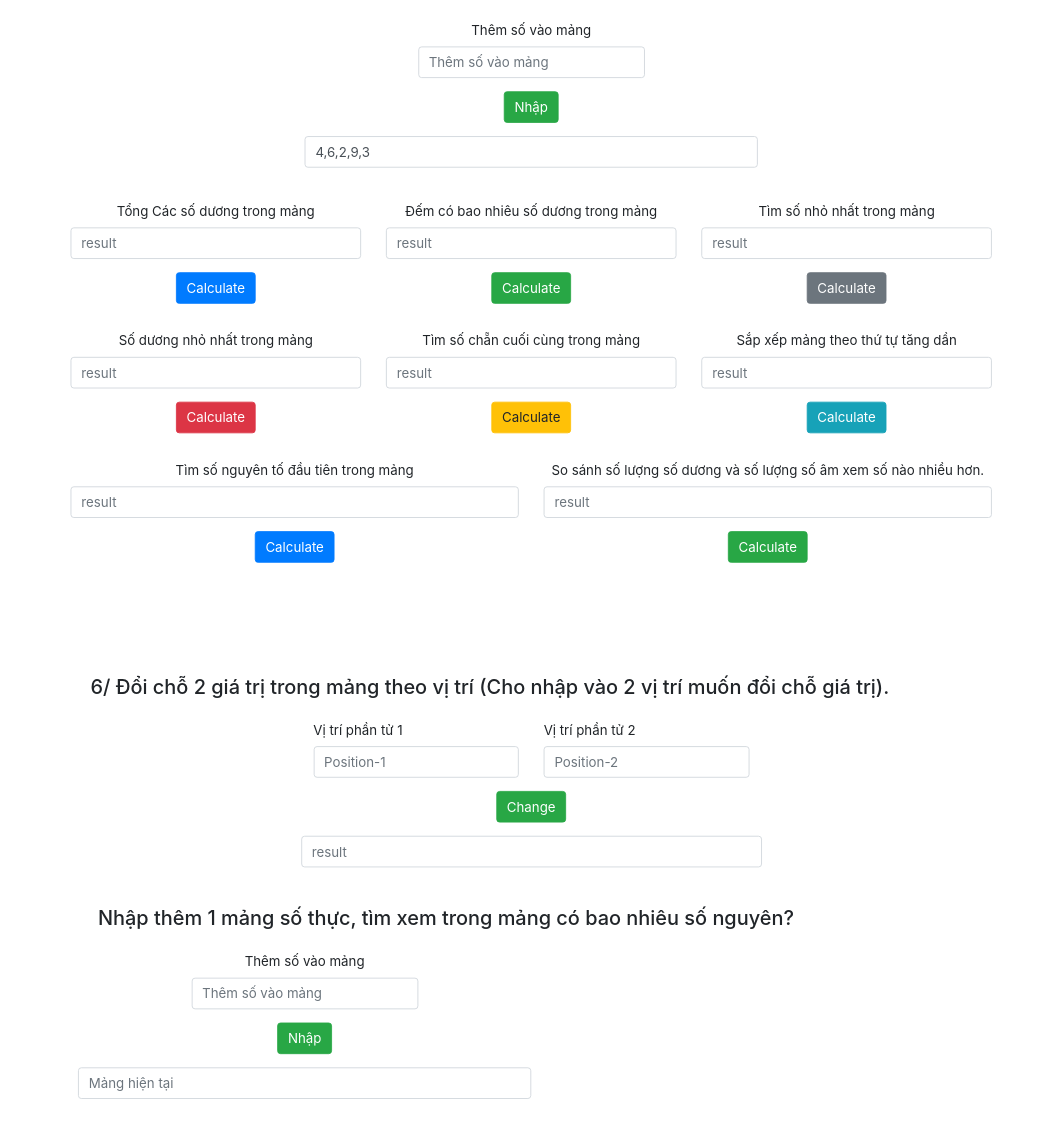
Repository: baobaodeveloper/bootcamp21__array__HuynhAnhBao
Page: index.html
These files come from the project's save history. The page is drawn as it stood at one moment and after the next save; the edit follows.
The browser window is 1280 px wide. The pictures show the whole page, at 83% of full size.

Above is the page before, as saved 2022-03-20 19:48:52.

After the next save:
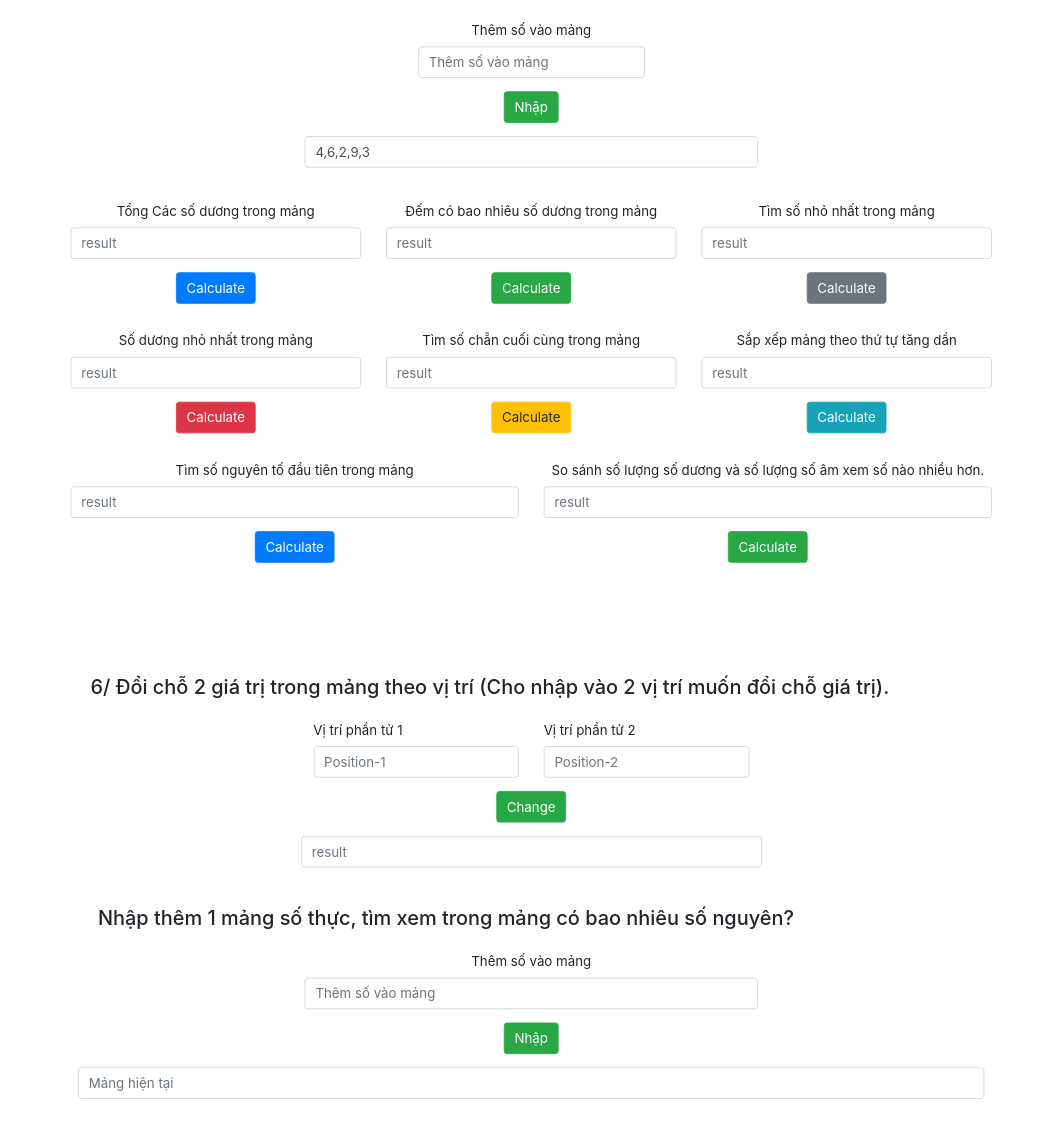
Saved 5 s later.
--- a/index.html
+++ b/index.html
@@ -211,7 +211,7 @@
         Nhập thêm 1 mảng số thực, tìm xem trong mảng có bao nhiêu số nguyên?
       </h4>
       <div
-        class="mb-3 text-center w-50 d-flex flex-column justify-content-center align-items-center"
+        class="mb-3 text-center w-100 d-flex flex-column justify-content-center align-items-center"
       >
         <label class="form-label">Thêm số vào mảng</label>
         <input
